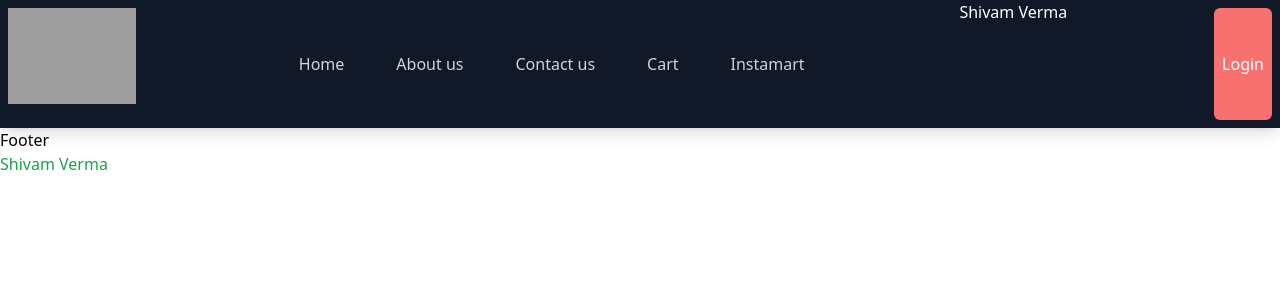
Repository: shivamv97/FOOD-VILLA-APP
Page: /
These files come from the project's save history. The page is drawn as it stood at one moment and after the next save; the edit follows.
The browser window is 1280 px wide. The pictures show the whole page.
Pictures or frames that could not be fetched are drawn as grey boxes. The page's requests for data from a server got no answer. The project was rebuilt for these pictures with package versions that can differ from the ones it lists, and the page was loaded fresh each time. No one was signed in, and anything a server would have sent is missing. Also part of the build but not shown: src/components/RestaurantCards.js, src/components/About.js, src/components/Error.js, src/components/ContactUs.js, src/utils/useRestaurant.js, src/components/RestaurantMenu.js, src/components/Profile.js.

Above is the page before, as saved 2024-09-27 16:58:41.

### index.html
<!DOCTYPE html>
<html lang="en" class="m-0 p-0">
  <head>
    <meta charset="UTF-8" />
    <meta name="viewport" content="width=device-width, initial-scale=1.0" />
    <title>Learning REACT</title>
    <link rel="stylesheet" href="style.css" />
    <!-- <script src="https://cdn.tailwindcss.com"></script> -->
  </head>
  <body>
    <div id="root">Not Rendered</div>
    <!-- <script
      crossorigin
      src="https://unpkg.com/react@18/umd/react.development.js"
    ></script>
    <script
      crossorigin
      src="https://unpkg.com/react-dom@18/umd/react-dom.development.js"
    ></script> -->
    <script type="module" src="src/App.js"></script>
  </body>
</html>

### src/App.js
import React, { lazy, Suspense } from "react";
import ReactDOM from "react-dom/client";
import HeaderComponent from "./components/Title";
import Body from "./components/Body";
import Footer from "./components/Footer";
import About from "./components/About";
import Error from "./components/Error";
import Contact from "./components/ContactUs";
import RestaurantMenu from "./components/RestaurantMenu";
import Profile from "./components/Profile";
import { createBrowserRouter, RouterProvider, Outlet } from "react-router-dom";
import Shimmer from "./components/Shimmer";
// import Instamart from "./components/Instamart";

const Instamart = lazy(() => import("./components/Instamart")); //Lazy Loading
//Return Promise

const AppLayout = () => {
  return (
    <>
      <HeaderComponent />
      <Outlet />
      <Footer />
    </>
  );
};

const appRouter = createBrowserRouter([
  {
    path: "/",
    element: <AppLayout />,
    errorElement: <Error />,
    children: [
      //Nested Routing
      {
        path: "/",
        element: <Body />,
      },
      {
        path: "/About", //parentPath/{path} => localhost:1234/about/profile
        element: <About />,
        children: [
          {
            path: "profile", //parentPath/{path} => localhost:1234/about/profile
            element: <Profile />,
          },
        ],
      },
      {
        path: "/Contact",
        element: <Contact />,
      },
      {
        path: "/Restaurant/:restaurantId", //Dynamic Routing
        element: <RestaurantMenu />,
      },
      {
        path: "/Instamart",
        element: (
          <Suspense fallback={<Shimmer />}>
            <Instamart />
          </Suspense>
        ),
      },
    ],
  },
]);

const root = ReactDOM.createRoot(document.getElementById("root"));

root.render(<RouterProvider router={appRouter} />);
//root will render according to the AppRouter

### src/components/Title.js
import { useState, useContext } from "react";
import { Link } from "react-router-dom";
import UserContext from "../utils/UserContext";
import useOnline from "../utils/useOnline";

const LoggedInUser = () => {
  //API used for authentication
  return true;
};

const Title = () => (
  <a href="/ ">
    <img
      className="h-28 p-2"
      alt="logo"
      src="https://encrypted-tbn0.gstatic.com/images?q=tbn:ANd9GcTJtFXKFKFoihdrJEvX4jBtXqfcO2kJ0KAlIg&s"
    />
  </a>
);

const HeaderComponent = () => {
  const [isLoggedIn, setisLoggedIn] = useState(false);

  const isOnline = useOnline();

  const { user } = useContext(UserContext);
  return (
    <div className="flex justify-between bg-gray-900 shadow-lg">
      <Title />
      <div className="nav-items">
        <ul className="flex py-10 gap-9 px-2">
          <li className="rounded-md py-3 px-2 font-medium text-gray-300 hover:bg-gray-500 hover:text-white">
            <Link to="/">Home </Link>
          </li>
          <li className="rounded-md py-3 px-2 font-medium text-gray-300 hover:bg-gray-500 hover:text-white">
            <Link to="/About">About us</Link>
          </li>
          <li className="rounded-md py-3 px-2 font-medium text-gray-300 hover:bg-gray-500 hover:text-white">
            <Link to="/Contact">Contact us</Link>
          </li>
          <li className="rounded-md py-3 px-2 font-medium text-gray-300 hover:bg-gray-500 hover:text-white">
            <Link to="#">Cart</Link>
          </li>
          <li className="rounded-md py-3 px-2 font-medium text-gray-300 hover:bg-gray-500 hover:text-white">
            <Link to="/Instamart">Instamart</Link>
          </li>
        </ul>
      </div>
      {/* <h1 className="text-white">{isOnline ? "🟢" : "No"}</h1> */}
      <h2 className="text-white">{user.name}</h2>
      {isLoggedIn ? (
        <button
          onClick={() => setisLoggedIn(false)}
          className="bg-red-400 text-white rounded-md m-2 p-2"
        >
          Logout
        </button>
      ) : (
        <button
          onClick={() => setisLoggedIn(true)}
          className="bg-red-400 text-white rounded-md m-2 p-2"
        >
          Login
        </button>
      )}
    </div>
  );
};

export default HeaderComponent;

### src/components/Body.js
import { restaurantlist, restaurant_data } from "../config";
import RestrauntCard from "./RestaurantCards";
import { useState, useEffect } from "react";
import Shimmer from "./Shimmer";
import { Link } from "react-router-dom";
import { filterdata } from "../utils/shares";
import useOnline from "../utils/useOnline";

const Body = () => {
  // const searchTxt = "KFC"; //for reference...(IN JS)
  const [AllRestaurants, setAllRestaurants] = useState([]);
  const [FilteredRestaurants, setFilteredRestaurants] = useState([]); //restaurantlist
  const [searchText, setsearchText] = useState(""); //To create state variable.......(IN REACT)
  // console.log("render()");

  useEffect(() => {
    //API call
    GetRestaurants();
  }, []);

  async function GetRestaurants() {
    const data = await fetch(restaurant_data);
    const json = await data.json();
    console.log(json);
    //you have to make change only in line 32,in cards[i],where i is keep changing in the above api link,try from 0-11
    //it's an config-driven UI,Hence,it's Grid Element position keeps on changing.......
    setAllRestaurants(
      json?.data?.cards[1]?.card?.card?.gridElements?.infoWithStyle?.restaurants
    );
    setFilteredRestaurants(
      json?.data?.cards[1]?.card?.card?.gridElements?.infoWithStyle?.restaurants
    );
  }
  const isOnline = useOnline();

  if (!isOnline) {
    return <h1>🚫Offline,please check your internet Connection!!</h1>; //early return
  }

  //Don't render component(Early Return)
  // if (!AllRestaurants) return null;
  // if (FilteredRestaurants?.length === 0) return <h1>No Restaurants Found!</h1>;

  //Conditional rendering
  return AllRestaurants?.length == 0 ? (
    <Shimmer />
  ) : (
    <>
      <div className="p-5 bg-green-50 my-5">
        <input
          type="text"
          className="search-input"
          placeholder="Search"
          value={searchText}
          onChange={(e) => {
            setsearchText(e.target.value);
          }}
        />
        <button
          className="p-2 m-2 bg-purple-600 text-white rounded-md hover:bg-green-400"
          onClick={() => {
            //filter the data according to need
            const data = filterdata(searchText, AllRestaurants);
            setFilteredRestaurants(data);
            //need to update the state-restauradnts
          }}
        >
          Search
        </button>
      </div>
      <div className="flex flex-wrap">
        {FilteredRestaurants.map((restaurant) => {
          return (
            <Link
              to={"/restaurant/" + restaurant.info.id}
              key={restaurant.info.id}
            >
              <RestrauntCard {...restaurant.info} />
            </Link>
          );
        })}
      </div>
    </>
  );
};

export default Body;

### src/components/Footer.js
import { useContext } from "react";
import UserContext from "../utils/UserContext";
const Footer = () => {
  const { user } = useContext(UserContext);
  return (
    <div>
      <h2>Footer</h2>
      <h3 className="text-green-600">{user.name}</h3>
    </div>
  );
};

export default Footer;

### src/components/Shimmer.js
const Shimmer = () => {
  return (
    <div className="restaurant-list">
      {Array(10)
        .fill("")
        .map((e, index) => (
          <div key={index} className="shimmer-card"></div>
        ))}
    </div>
  );
};

export default Shimmer;

### src/utils/UserContext.js
import { createContext } from "react";

const UserContext = createContext({
  user: {
    name: "Shivam Verma",
    email: "shivamkv97@gmail.com",
  },
});

export default UserContext;

### src/utils/useOnline.js
import { useEffect, useState } from "react";

const useOnline = () => {
  const [isOnline, setIsOnline] = useState(true);

  useEffect(() => {
    const handleonline = () => {
      setIsOnline(true);
    };
    const handleoffline = () => {
      setIsOnline(false);
    };
    window.addEventListener("online", handleonline); //junior+senior developer role
    window.addEventListener("offline", handleoffline);

    return () => {
      window.removeEventListener("online", handleonline); //senior developer role
      window.removeEventListener("offline", handleoffline);
    };
  }, []);

  return isOnline; //returns true or false
};

export default useOnline;

### src/config.js
//PUT MY all Hard Coded File Here
export const Img_cdn_url =
  "https://media-assets.swiggy.com/swiggy/image/upload/fl_lossy,f_auto,q_auto,h_600/";

export const restaurant_data =
  "https://www.swiggy.com/dapi/restaurants/list/v5?lat=12.960059122809971&lng=77.57337538383284&is-seo-homepage-enabled=true&page_type=DESKTOP_WEB_LISTING";

export const restaurantMenu_data_url =
  "https://www.swiggy.com/dapi/menu/pl?page-type=REGULAR_MENU&complete-menu=true&lat=12.960059122809971&lng=77.57337538383284&restaurantId=";

//Config Driven UI
export const restaurantlist = [
  //public API of Swiggy
  {
    "@type": "type.googleapis.com/swiggy.presentation.food.v2.Restaurant",
    info: {
      id: "8561",
      name: "Mughlai Junction",
      cloudinaryImageId: "tnl2yuuxi8zjbgru6iqj",
      locality: "Connaught Place",
      areaName: "Connaught Place",
      costForTwo: "₹600 for two",
      cuisines: ["Mughlai", "North Indian", "Tandoor"],
      avgRating: 4.3,
      parentId: "5354",
      avgRatingString: "4.3",
      totalRatingsString: "10K+",
      promoted: true,
      adTrackingId:
        "cid=15007607~p=0~adgrpid=15007607#ag1~mp=SWIGGY_IN~bl=FOOD~aet=RESTAURANT~aeid=8561~eid=321f01bc-98c6-405c-89d6-b18422bb8f70~srvts=1721229990431~collid=83639",
      sla: {
        deliveryTime: 37,
        lastMileTravel: 4.8,
        serviceability: "SERVICEABLE",
        slaString: "35-40 mins",
        lastMileTravelString: "4.8 km",
        iconType: "ICON_TYPE_EMPTY",
      },
      availability: {
        nextCloseTime: "2024-07-17 23:00:00",
        opened: true,
      },
      badges: {},
      isOpen: true,
      type: "F",
      badgesV2: {
        entityBadges: {
          textExtendedBadges: {},
          textBased: {},
          imageBased: {},
        },
      },
      aggregatedDiscountInfoV3: {
        header: "10% OFF",
        subHeader: "UPTO ₹35",
      },
      orderabilityCommunication: {
        title: {},
        subTitle: {},
        message: {},
        customIcon: {},
      },
      differentiatedUi: {
        displayType: "ADS_UI_DISPLAY_TYPE_ENUM_DEFAULT",
        differentiatedUiMediaDetails: {
          mediaType: "ADS_MEDIA_ENUM_IMAGE",
          lottie: {},
          video: {},
        },
      },
      reviewsSummary: {},
      displayType: "RESTAURANT_DISPLAY_TYPE_DEFAULT",
      restaurantOfferPresentationInfo: {},
      externalRatings: {
        aggregatedRating: {
          rating: "4.4",
          ratingCount: "1K+",
        },
        source: "GOOGLE",
        sourceIconImageId: "v1704440323/google_ratings/rating_google_tag",
      },
      ratingsDisplayPreference: "RATINGS_DISPLAY_PREFERENCE_SHOW_SWIGGY",
    },
    analytics: {},
    cta: {
      link: "swiggy://menu?restaurant_id=8561&source=collection&query=Biryani",
      text: "RESTAURANT_MENU",
      type: "DEEPLINK",
    },
    widgetId: "collectionV5RestaurantListWidget_SimRestoRelevance_food",
  },

  {
    "@type": "type.googleapis.com/swiggy.presentation.food.v2.Restaurant",
    info: {
      id: "817359",
      name: "Zahra Restaurant & Cafe",
      cloudinaryImageId: "asaqtuuszx7hzmxpnfpo",
      locality: "Old Delhi",
      areaName: "Old Delhi",
      costForTwo: "₹300 for two",
      cuisines: ["Indian", "Tandoor", "Kebabs", "Snacks", "Biryani"],
      avgRating: 4.3,
      parentId: "229129",
      avgRatingString: "4.3",
      totalRatingsString: "100+",
      sla: {
        deliveryTime: 29,
        lastMileTravel: 1.3,
        serviceability: "SERVICEABLE",
        slaString: "25-30 mins",
        lastMileTravelString: "1.3 km",
        iconType: "ICON_TYPE_EMPTY",
      },
      availability: {
        nextCloseTime: "2024-07-17 22:59:00",
        opened: true,
      },
      badges: {},
      isOpen: true,
      type: "F",
      badgesV2: {
        entityBadges: {
          textExtendedBadges: {},
          textBased: {},
          imageBased: {},
        },
      },
      aggregatedDiscountInfoV3: {
        header: "50% OFF",
        subHeader: "UPTO ₹100",
      },
      orderabilityCommunication: {
        title: {},
        subTitle: {},
        message: {},
        customIcon: {},
      },
      differentiatedUi: {
        displayType: "ADS_UI_DISPLAY_TYPE_ENUM_DEFAULT",
        differentiatedUiMediaDetails: {
          mediaType: "ADS_MEDIA_ENUM_IMAGE",
          lottie: {},
          video: {},
        },
      },
      reviewsSummary: {},
      displayType: "RESTAURANT_DISPLAY_TYPE_DEFAULT",
      restaurantOfferPresentationInfo: {},
      externalRatings: {
        aggregatedRating: {
          rating: "--",
        },
      },
      ratingsDisplayPreference: "RATINGS_DISPLAY_PREFERENCE_SHOW_SWIGGY",
    },
    analytics: {},
    cta: {
      link: "swiggy://menu?restaurant_id=817359&source=collection&query=Biryani",
      text: "RESTAURANT_MENU",
      type: "DEEPLINK",
    },
    widgetId: "collectionV5RestaurantListWidget_SimRestoRelevance_food",
  },

  {
    "@type": "type.googleapis.com/swiggy.presentation.food.v2.Restaurant",
    info: {
      id: "81523",
      name: "Amma Mess",
      cloudinaryImageId: "a09jpzja1zusso85bbmz",
      locality: "Karol Bagh",
      areaName: "Karol Bagh",
      costForTwo: "₹300 for two",
      cuisines: ["South Indian"],
      avgRating: 4.5,
      parentId: "15687",
      avgRatingString: "4.5",
      totalRatingsString: "10K+",
      promoted: true,
      adTrackingId:
        "cid=15010070~p=1~adgrpid=15010070#ag1~mp=SWIGGY_IN~bl=FOOD~aet=RESTAURANT~aeid=81523~eid=b2807d99-426d-4265-8bac-9448c8101a5f~srvts=1721229990431~collid=83639",
      sla: {
        deliveryTime: 37,
        lastMileTravel: 6.3,
        serviceability: "SERVICEABLE",
        slaString: "35-40 mins",
        lastMileTravelString: "6.3 km",
        iconType: "ICON_TYPE_EMPTY",
      },
      availability: {
        nextCloseTime: "2024-07-17 22:30:00",
        opened: true,
      },
      badges: {},
      isOpen: true,
      aggregatedDiscountInfoV2: {},
      type: "F",
      badgesV2: {
        entityBadges: {
          textBased: {},
          imageBased: {},
          textExtendedBadges: {},
        },
      },
      orderabilityCommunication: {
        title: {},
        subTitle: {},
        message: {},
        customIcon: {},
      },
      differentiatedUi: {
        displayType: "ADS_UI_DISPLAY_TYPE_ENUM_DEFAULT",
        differentiatedUiMediaDetails: {
          mediaType: "ADS_MEDIA_ENUM_IMAGE",
          lottie: {},
          video: {},
        },
      },
      reviewsSummary: {},
      displayType: "RESTAURANT_DISPLAY_TYPE_DEFAULT",
      restaurantOfferPresentationInfo: {},
      externalRatings: {
        aggregatedRating: {
          rating: "4.2",
          ratingCount: "1K+",
        },
        source: "GOOGLE",
        sourceIconImageId: "v1704440323/google_ratings/rating_google_tag",
      },
      ratingsDisplayPreference: "RATINGS_DISPLAY_PREFERENCE_SHOW_SWIGGY",
    },
    analytics: {},
    cta: {
      link: "swiggy://menu?restaurant_id=81523&source=collection&query=Biryani",
      text: "RESTAURANT_MENU",
      type: "DEEPLINK",
    },
    widgetId: "collectionV5RestaurantListWidget_SimRestoRelevance_food",
  },

  {
    "@type": "type.googleapis.com/swiggy.presentation.food.v2.Restaurant",
    info: {
      id: "144716",
      name: "Mughlai Invitation",
      cloudinaryImageId: "a4530760ed2ff35b487605618cc6dc45",
      areaName: "Chandni Chowk",
      costForTwo: "₹200 for two",
      cuisines: ["Indian", "Mughlai", "Biryani", "Sweets"],
      avgRating: 4.6,
      parentId: "141076",
      avgRatingString: "4.6",
      totalRatingsString: "100+",
      sla: {
        deliveryTime: 30,
        lastMileTravel: 1.5,
        serviceability: "SERVICEABLE",
        slaString: "30-35 mins",
        lastMileTravelString: "1.5 km",
        iconType: "ICON_TYPE_EMPTY",
      },
      availability: {
        nextCloseTime: "2024-07-17 22:59:00",
        opened: true,
      },
      badges: {},
      isOpen: true,
      aggregatedDiscountInfoV2: {},
      type: "F",
      badgesV2: {
        entityBadges: {
          textExtendedBadges: {},
          textBased: {},
          imageBased: {},
        },
      },
      orderabilityCommunication: {
        title: {},
        subTitle: {},
        message: {},
        customIcon: {},
      },
      differentiatedUi: {
        displayType: "ADS_UI_DISPLAY_TYPE_ENUM_DEFAULT",
        differentiatedUiMediaDetails: {
          mediaType: "ADS_MEDIA_ENUM_IMAGE",
          lottie: {},
          video: {},
        },
      },
      reviewsSummary: {},
      displayType: "RESTAURANT_DISPLAY_TYPE_DEFAULT",
      restaurantOfferPresentationInfo: {},
      externalRatings: {
        aggregatedRating: {
          rating: "4.8",
          ratingCount: "100+",
        },
        source: "GOOGLE",
        sourceIconImageId: "v1704440323/google_ratings/rating_google_tag",
      },
      ratingsDisplayPreference: "RATINGS_DISPLAY_PREFERENCE_SHOW_SWIGGY",
    },
    analytics: {},
    cta: {
      link: "swiggy://menu?restaurant_id=144716&source=collection&query=Biryani",
      text: "RESTAURANT_MENU",
      type: "DEEPLINK",
    },
    widgetId: "collectionV5RestaurantListWidget_SimRestoRelevance_food",
  },

  {
    "@type": "type.googleapis.com/swiggy.presentation.food.v2.Restaurant",
    info: {
      id: "64321",
      name: "Southern Masala",
      cloudinaryImageId: "14527e27a298304dd07904f777372cb5",
      locality: "Karol Bagh",
      areaName: "Karol Bagh",
      costForTwo: "₹350 for two",
      cuisines: ["Andhra", "Biryani", "South Indian", "Thalis"],
      avgRating: 3.9,
      parentId: "17286",
      avgRatingString: "3.9",
      totalRatingsString: "1K+",
      promoted: true,
      adTrackingId:
        "cid=15472783~p=2~adgrpid=15472783#ag1~mp=SWIGGY_IN~bl=FOOD~aet=RESTAURANT~aeid=64321~eid=785e1ed6-7474-46a2-ba9f-4a9325d5fabc~srvts=1721229990431~collid=83639",
      sla: {
        deliveryTime: 38,
        lastMileTravel: 5,
        serviceability: "SERVICEABLE",
        slaString: "35-40 mins",
        lastMileTravelString: "5.0 km",
        iconType: "ICON_TYPE_EMPTY",
      },
      availability: {
        nextCloseTime: "2024-07-17 22:00:00",
        opened: true,
      },
      badges: {},
      isOpen: true,
      type: "F",
      badgesV2: {
        entityBadges: {
          textBased: {},
          imageBased: {},
          textExtendedBadges: {},
        },
      },
      aggregatedDiscountInfoV3: {
        header: "₹125 OFF",
        subHeader: "ABOVE ₹199",
        discountTag: "FLAT DEAL",
      },
      orderabilityCommunication: {
        title: {},
        subTitle: {},
        message: {},
        customIcon: {},
      },
      differentiatedUi: {
        displayType: "ADS_UI_DISPLAY_TYPE_ENUM_DEFAULT",
        differentiatedUiMediaDetails: {
          mediaType: "ADS_MEDIA_ENUM_IMAGE",
          lottie: {},
          video: {},
        },
      },
      reviewsSummary: {},
      displayType: "RESTAURANT_DISPLAY_TYPE_DEFAULT",
      restaurantOfferPresentationInfo: {},
      externalRatings: {
        aggregatedRating: {
          rating: "4.1",
          ratingCount: "100+",
        },
        source: "GOOGLE",
        sourceIconImageId: "v1704440323/google_ratings/rating_google_tag",
      },
      ratingsDisplayPreference: "RATINGS_DISPLAY_PREFERENCE_SHOW_SWIGGY",
    },
    analytics: {},
    cta: {
      link: "swiggy://menu?restaurant_id=64321&source=collection&query=Biryani",
      text: "RESTAURANT_MENU",
      type: "DEEPLINK",
    },
    widgetId: "collectionV5RestaurantListWidget_SimRestoRelevance_food",
  },
];

### src/utils/shares.js
export function filterdata(searchText, restaurants) {
  return restaurants.filter((restaurant) =>
    restaurant.info.name.toLowerCase().includes(searchText.toLowerCase())
  );
}

Loaded but not shown: style.css (common file); tailwind.config.js (common file)

After the next save:
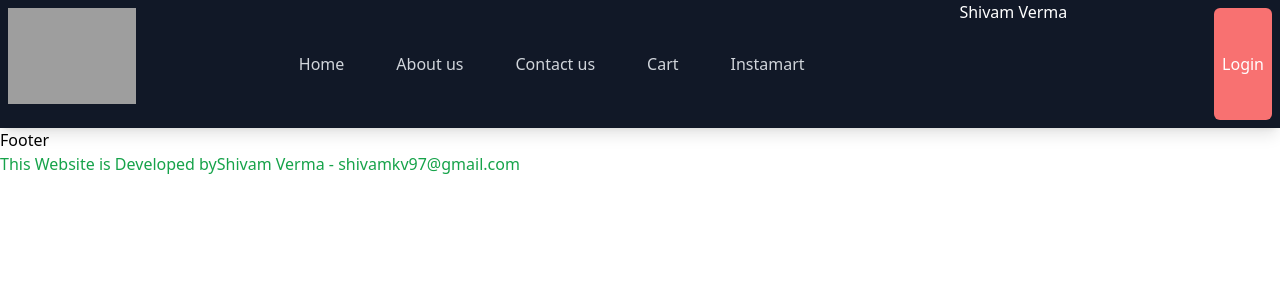
Saved 80 s later.
--- a/src/components/Footer.js
+++ b/src/components/Footer.js
@@ -5,7 +5,9 @@ const Footer = () => {
   return (
     <div>
       <h2>Footer</h2>
-      <h3 className="text-green-600">{user.name}</h3>
+      <h3 className="text-green-600">
+        This Website is Developed by{user.name} - {user.email}
+      </h3>
     </div>
   );
 };
